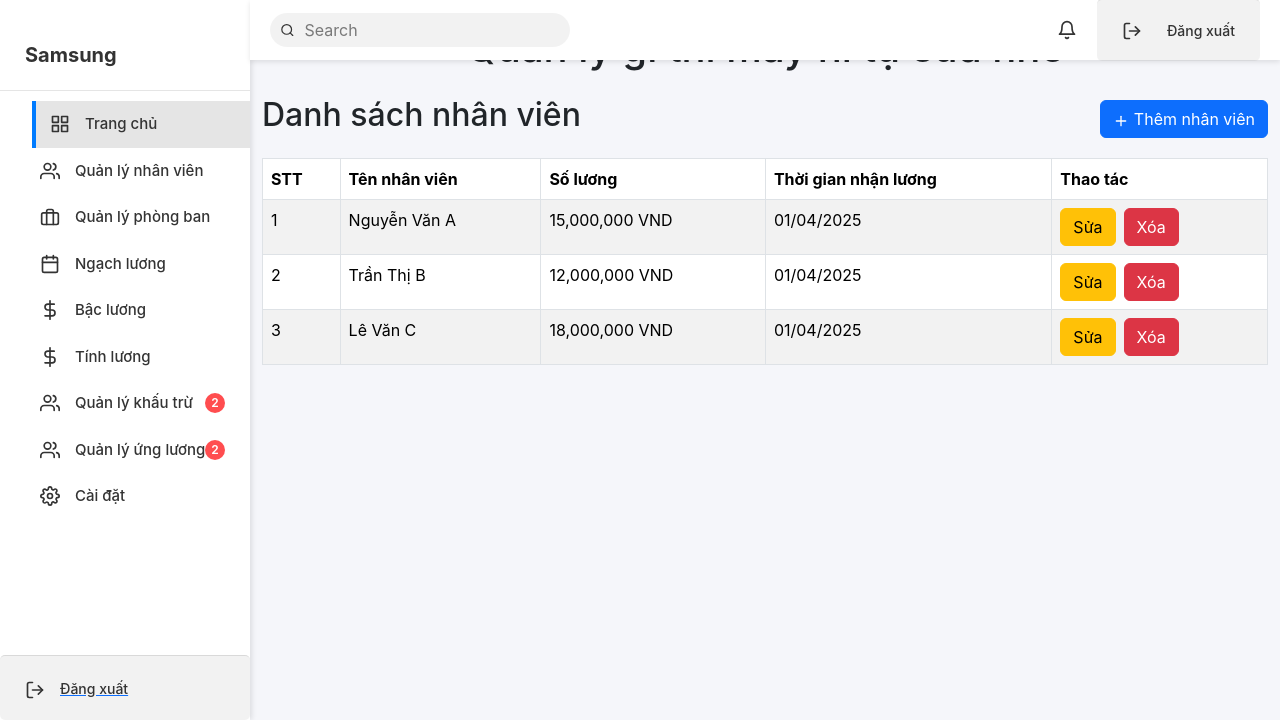
Repository: lenb2109136/HTTTQL
Page: /
An editor plug-in stored every save of this project. The page is shown before and after the next save, followed by the edit.
The browser window is 1280 px wide. The pictures show the whole page.
The project was rebuilt for these pictures with package versions that can differ from the ones it lists, and the page was loaded fresh each time.

Above is the page before, as saved 2025-03-28 13:07:07.

### src/index.js
import React from 'react';
import ReactDOM from 'react-dom/client';
import './index.css';
import App from './App';
import reportWebVitals from './reportWebVitals';
import 'bootstrap/dist/css/bootstrap.min.css'; // Import Bootstrap CSS
const root = ReactDOM.createRoot(document.getElementById('root'));
root.render(
  <React.StrictMode>
    <App />
  </React.StrictMode>
);

// If you want to start measuring performance in your app, pass a function
// to log results (for example: reportWebVitals(console.log))
// or send to an analytics endpoint. Learn more: https://bit.ly/CRA-vitals
reportWebVitals();

### src/App.js
// src/App.js
import React from 'react';
import { BrowserRouter as Router, Route, Routes } from 'react-router-dom';
import 'bootstrap/dist/css/bootstrap.min.css';
import './App.css';
import Header from './component/admin/Header-Admin';
import Sidebar from './component/admin/SideBar';
import Dashboard from './component/admin/Dashboard';

function App() {
  return (
    <Router>
      <div className="app">
        <Sidebar />
        <div className="main-content">
          <Header />
          <Routes>
            <Route path="/" element={<Dashboard />} />
          </Routes>
        </div>
      </div>
    </Router>
  );
}

export default App;

### src/App.css
/* src/App.css */
* {
  margin: 0;
  padding: 0;
  box-sizing: border-box;
  font-family: 'Inter', Arial, sans-serif;
}

.app {
  display: flex;
}

.main-content {
  flex: 1;
  margin-left: 250px;
  background-color: #f5f6fa;
  min-height: 100vh;
}

/* Page Content */
.page-content {
  padding: 20px;
}

### src/component/admin/Header-Admin.js
import React from 'react';
import { FiSearch, FiLogOut, FiBell } from 'react-icons/fi';
import './admin-style/Header-Admin.css'; // Adjusted import to match the provided file location

const Header = () => {
  return (
    <div className="header">
      {/* Thanh tìm kiếm */}
      <div className="search-bar">
        <FiSearch className="search-icon" />
        <input type="text" placeholder="Search" />
      </div>

      {/* Phần bên phải: Biểu tượng thông báo và nút đăng xuất */}
      <div className="header-right">
        <FiBell className="notification-icon" />
        <div className="logout-section">
          <FiLogOut className="logout-icon" />
          <span>Đăng xuất</span>
        </div>
      </div>
    </div>
  );
};

export default Header;

### src/component/admin/SideBar.js
import React from 'react';
import './admin-style/SideBar-Admin.css';
import { Link, useLocation } from 'react-router-dom';
import {
  FiGrid,
  FiUsers,
  FiBriefcase,
  FiCalendar,
  FiDollarSign,
  FiSettings,
  FiLogOut,
} from 'react-icons/fi';

const Sidebar = () => {
  const location = useLocation();

  return (
    <div className="sidebar">
      <div className="logo">
        <span className="logo-text">Samsung</span>
      </div>
      <ul>
        <li className={location.pathname === '/' ? 'active' : ''}>
          <Link to="/">
            <FiGrid className="menu-icon" />
            <span>Trang chủ</span>
          </Link>
        </li>
        <li className={location.pathname === '/employees' ? 'active' : ''}>
          <Link to="/employees">
            <FiUsers className="menu-icon" />
            <span>Quản lý nhân viên</span>
          </Link>
        </li>
        <li className={location.pathname === '/departments' ? 'active' : ''}>
          <Link to="/departments">
            <FiBriefcase className="menu-icon" />
            <span>Quản lý phòng ban</span>
          </Link>
        </li>
        <li className={location.pathname === '/salary-scale' ? 'active' : ''}>
          <Link to="/salary-scale">
            <FiCalendar className="menu-icon" />
            <span>Ngạch lương</span>
          </Link>
        </li>
        <li className={location.pathname === '/pay-grade' ? 'active' : ''}>
          <Link to="/pay-grade">
            <FiDollarSign className="menu-icon" />
            <span>Bậc lương</span>
          </Link>
        </li>
        <li
          className={
            location.pathname === '/salary-calculation' ? 'active' : ''
          }
        >
          <Link to="/salary-calculation">
            <FiDollarSign className="menu-icon" />
            <span>Tính lương</span>
          </Link>
        </li>
        <li className={location.pathname === '/deductions' ? 'active' : ''}>
          <Link to="/deductions">
            <FiUsers className="menu-icon" />
            <span>Quản lý khấu trừ</span>
            <span className="badge">2</span>
          </Link>
        </li>
        <li className={location.pathname === '/salary-advance' ? 'active' : ''}>
          <Link to="/salary-advance">
            <FiUsers className="menu-icon" />
            <span>Quản lý ứng lương</span>
            <span className="badge">2</span>
          </Link>
        </li>
        <li className={location.pathname === '/settings' ? 'active' : ''}>
          <Link to="/settings">
            <FiSettings className="menu-icon" />
            <span>Cài đặt</span>
          </Link>
        </li>
      </ul>
      <div className="logout-section">
        <Link to="/logout" className="logout-link">
          <FiLogOut className="logout-icon" />
          <span>Đăng xuất</span>
        </Link>
      </div>
    </div>
  );
};

export default Sidebar;

### src/component/admin/Dashboard.js
import React, { useState } from 'react';
import { Table, Button, Container, Row, Col } from 'react-bootstrap';
import { FiPlus } from 'react-icons/fi';

const EmployeesPage = () => {
  const [employees, setEmployees] = useState([
    {
      id: 1,
      name: 'Nguyễn Văn A',
      salary: '15,000,000 VND',
      payDate: '01/04/2025',
    },
    {
      id: 2,
      name: 'Trần Thị B',
      salary: '12,000,000 VND',
      payDate: '01/04/2025',
    },
    {
      id: 3,
      name: 'Lê Văn C',
      salary: '18,000,000 VND',
      payDate: '01/04/2025',
    },
  ]);

  const handleDelete = id => {
    setEmployees(employees.filter(emp => emp.id !== id));
  };

  return (
    <Container>
      <h1 className="text-center my-4">Quản lý gì thì mấy ní tự sửa nhé</h1>
      <Row className="mb-3 d-flex justify-content-between align-items-center">
        <Col>
          <h2>Danh sách nhân viên</h2>
        </Col>
        <Col className="text-end">
          <Button variant="primary">
            <FiPlus /> Thêm nhân viên
          </Button>
        </Col>
      </Row>
      <Table striped bordered hover>
        <thead>
          <tr>
            <th>STT</th>
            <th>Tên nhân viên</th>
            <th>Số lương</th>
            <th>Thời gian nhận lương</th>
            <th>Thao tác</th>
          </tr>
        </thead>
        <tbody>
          {employees.map((emp, index) => (
            <tr key={emp.id}>
              <td>{index + 1}</td>
              <td>{emp.name}</td>
              <td>{emp.salary}</td>
              <td>{emp.payDate}</td>
              <td>
                <Button variant="warning" className="me-2">
                  Sửa
                </Button>
                <Button variant="danger" onClick={() => handleDelete(emp.id)}>
                  Xóa
                </Button>
              </td>
            </tr>
          ))}
        </tbody>
      </Table>
    </Container>
  );
};

export default EmployeesPage;

### src/component/admin/admin-style/Header-Admin.css
/* src/components/Header.css */
.header {
  width: calc(100% - 250px); /* Adjust for sidebar width */
  height: 60px;
  background: #fff; /* White background */
  position: fixed;
  top: 0;
  left: 250px; /* Offset for sidebar */
  display: flex;
  justify-content: space-between;
  align-items: center;
  padding: 0 20px;
  box-shadow: 0 2px 5px rgba(0, 0, 0, 0.1); /* Subtle shadow */
}

/* Thanh tìm kiếm */
.search-bar {
  display: flex;
  align-items: center;
  background-color: rgba(0, 0, 0, 0.05); /* Light gray background */
  border-radius: 20px;
  padding: 5px 10px;
  width: 300px;
}

.search-bar input {
  border: none;
  background: none;
  outline: none;
  margin-left: 10px;
  width: 100%;
  color: #333; /* Black text */
}

.search-bar input::placeholder {
  color: rgba(0, 0, 0, 0.5); /* Gray placeholder */
}

.search-icon {
  color: #333; /* Black icon */
}

/* Phần bên phải */
.header-right {
  display: flex;
  align-items: center;
  gap: 20px; /* Space between notification and logout */
}

.notification-icon {
  font-size: 20px;
  color: #333; /* Black icon */
  cursor: pointer;
}

.notification-icon:hover {
  color: #007bff; /* Blue on hover */
}

.logout-section {
  display: flex;
  align-items: center;
  gap: 10px;
  padding: 10px 15px;
  background-color: rgba(0, 0, 0, 0.05); /* Light gray background */
  border-radius: 5px;
  cursor: pointer;
  transition: background-color 0.3s ease;
}

.logout-section:hover {
  background-color: rgba(0, 0, 0, 0.1); /* Slightly darker on hover */
}

.logout-icon {
  font-size: 18px;
  color: #333; /* Black icon */
}

.logout-section span {
  font-size: 14px;
  font-weight: 500;
  color: #333; /* Black text */
}

### src/component/admin/admin-style/SideBar-Admin.css
/* src/components/Sidebar.css */
.sidebar {
  width: 250px;
  height: 100vh;
  background: #fff; /* White background */
  color: #333; /* Dark text color */
  position: fixed;
  top: 0;
  left: 0;
  padding-top: 20px;
  display: flex;
  flex-direction: column;
  justify-content: space-between;
  box-shadow: 2px 0 5px rgba(0, 0, 0, 0.1); /* Subtle shadow for depth */
}

.sidebar .logo {
  display: flex;
  align-items: center;
  gap: 10px;
  padding: 20px 25px;
  border-bottom: 1px solid rgba(0, 0, 0, 0.1); /* Light border */
}

.sidebar .logo-icon {
  width: 40px;
  height: 40px;
  object-fit: contain; /* Ensure the logo scales properly */
}

.sidebar .logo span {
  font-size: 20px;
  font-weight: 700;
  color: #333;
}

.sidebar ul {
  list-style: none;
  margin-top: 10px;
  flex-grow: 1;
}

.sidebar ul li {
  padding: 12px 8px;
  display: flex;
  align-items: center;
  cursor: pointer;
  transition: background-color 0.3s ease, padding-left 0.3s ease;
  position: relative; /* For badge positioning */
}

.sidebar ul li:hover {
  background-color: rgba(0, 0, 0, 0.05); /* Light gray hover effect */
  padding-left: 15px;
}

.sidebar ul li.active {
  background-color: rgba(0, 0, 0, 0.1); /* Slightly darker for active state */
  border-left: 4px solid #007bff; /* Blue accent for active item */
  padding-left: 14px;
}

.sidebar ul li a {
  color: #333; /* Black text */
  text-decoration: none;
  display: flex;
  align-items: center;
  font-size: 15px;
  font-weight: 500;
  width: 100%; /* Ensure the link takes full width */
}

.sidebar ul li a .menu-icon {
  font-size: 20px; /* Slightly larger icons */
  color: #333; /* Black icons */
  margin-right: 15px; /* Increased spacing between icon and text */
  transition: color 0.3s ease; /* Smooth color transition on hover */
}

.sidebar ul li a:hover .menu-icon {
  color: #007bff; /* Blue on hover */
}

/* Notification Badge */
.sidebar ul li .badge {
  position: absolute;
  right: 25px;
  background-color: #ff4d4f; /* Red badge */
  color: #fff;
  font-size: 12px;
  font-weight: 600;
  width: 20px;
  height: 20px;
  border-radius: 50%;
  display: flex;
  align-items: center;
  justify-content: center;
}

/* Logout Section */
.logout-section {
  padding: 20px 25px;
  display: flex;
  align-items: center;
  gap: 10px;
  background-color: rgba(0, 0, 0, 0.05); /* Light gray background */
  border-top: 1px solid rgba(0, 0, 0, 0.1);
  cursor: pointer;
  transition: background-color 0.3s ease;
}

.logout-section:hover {
  background-color: rgba(0, 0, 0, 0.1);
}

.logout-icon {
  font-size: 20px; /* Match menu icon size */
  color: #333; /* Black icon */
  margin-right: 15px; /* Increased spacing between icon and text */
  transition: color 0.3s ease; /* Smooth color transition on hover */
}

.logout-section:hover .logout-icon {
  color: #007bff; /* Blue on hover */
}

.logout-section span {
  font-size: 14px;
  font-weight: 500;
  color: #333;
}

Loaded but not shown: public/index.html (common file); src/index.css (common file); src/reportWebVitals.js (common file)

After the next save:
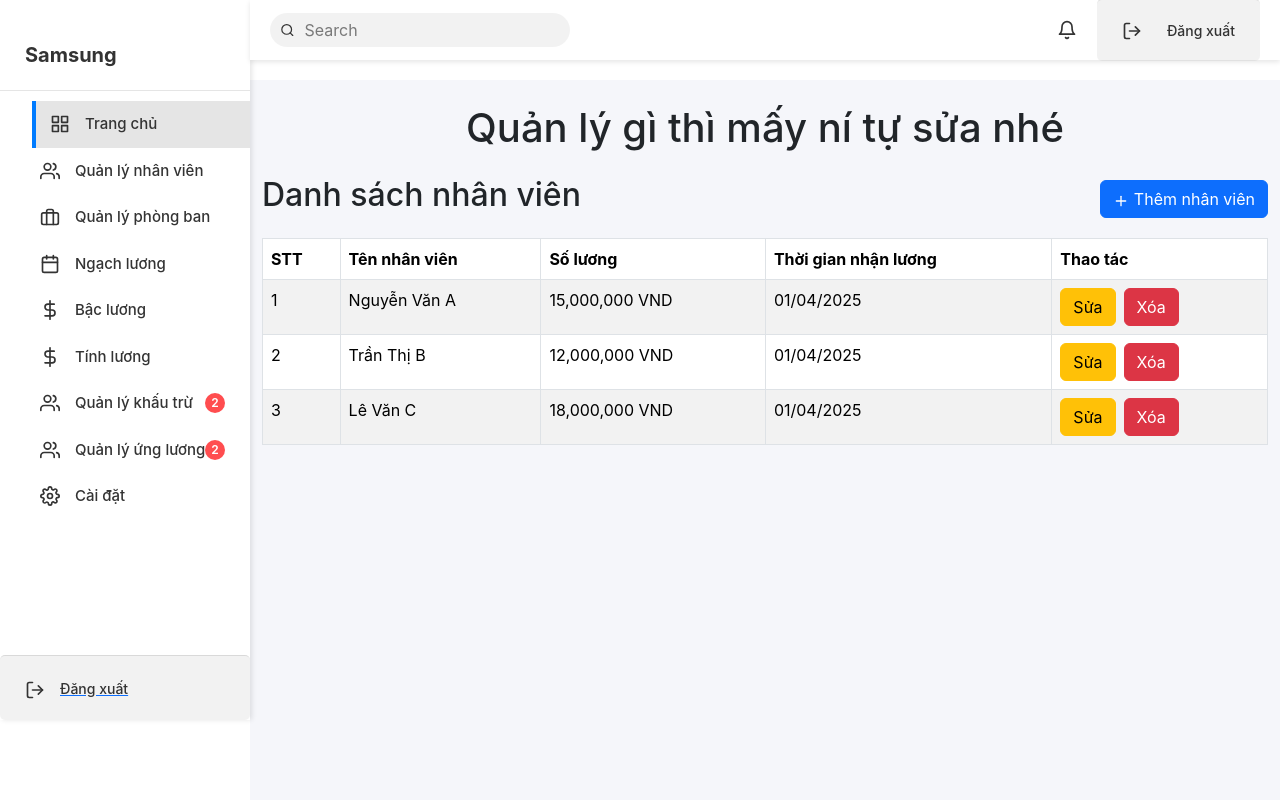
Saved 84 s later.
--- a/src/component/admin/admin-style/Header-Admin.css
+++ b/src/component/admin/admin-style/Header-Admin.css
@@ -82,3 +82,22 @@
   font-weight: 500;
   color: #333; /* Black text */
 }
+.header {
+  width: calc(100% - 250px);
+  height: 60px;
+  background: #fff;
+  position: fixed;
+  top: 0;
+  left: 250px;
+  display: flex;
+  justify-content: space-between;
+  align-items: center;
+  padding: 0 20px;
+  box-shadow: 0 2px 5px rgba(0, 0, 0, 0.1);
+  z-index: 1000; /* Đảm bảo header hiển thị trên tất cả */
+}
+
+/* Đảm bảo phần nội dung bên dưới không bị đè lên */
+.main-content {
+  margin-top: 80px; /* Để khoảng trống phía trên, tránh header đè lên */
+}
